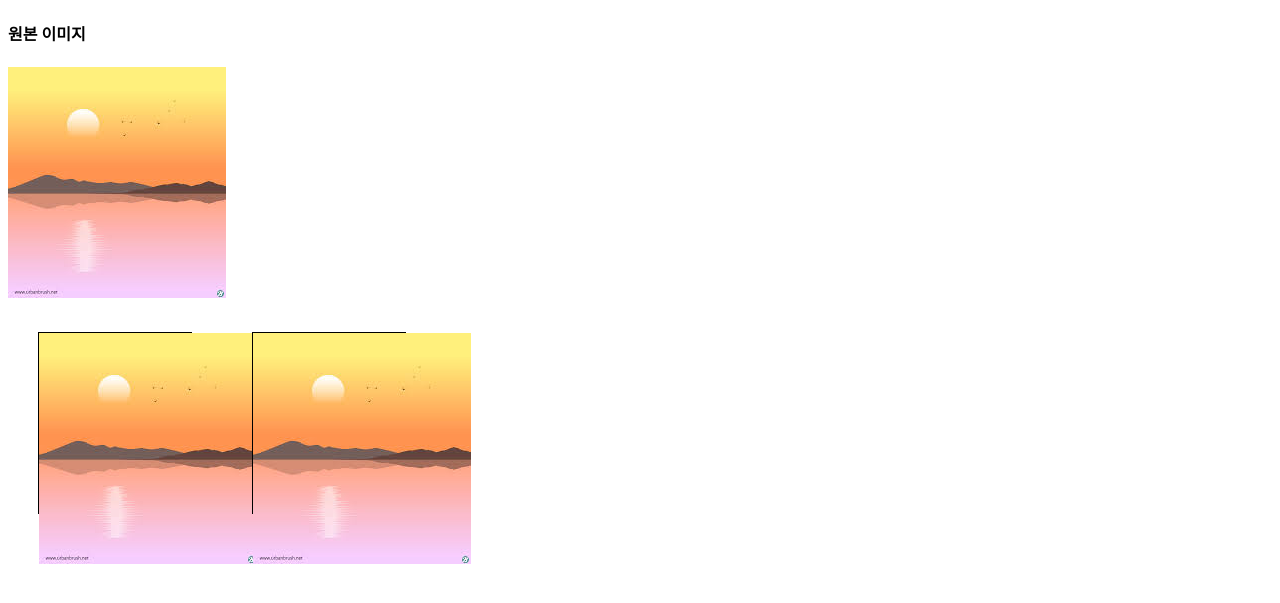
Repository: b1996om/HTML-CSS_study
Page: pro08/public/perspective.html
An editor plug-in stored every save of this project. The page is shown before and after the next save, followed by the edit.
The browser window is 1280 px wide. The pictures show the whole page.

Above is the page before, as saved 2022-12-08 07:07:02.

### pro08/public/perspective.html
<!DOCTYPE html>
<html lang="ko">
<head>
	<meta charset="utf-8">
	<title>Perspective</title>
	<style>
		#no-pers, #pers {
			width:152px;
			height:180px;
			border:1px solid black;
			margin:30px;
			float:left;
		}
		.rotatex img{
			transform:rotateX(50deg);
		}
		#pers {
			perspective:300px;
		}
	</style>
</head>
<body>
	<h4>원본 이미지</h4>
	<div>
		<img src="images/sunset.jpg" alt="선셋">
	</div>
	<div>
		<div id="no-pers">
			<img src="images/sunset.jpg" alt="선셋">
		</div>
	</div>
	<div>
		<div id="pers">
			<img src="images/sunset.jpg" alt="선셋">
		</div>
	</div>
</body>
</html>

After the next save:
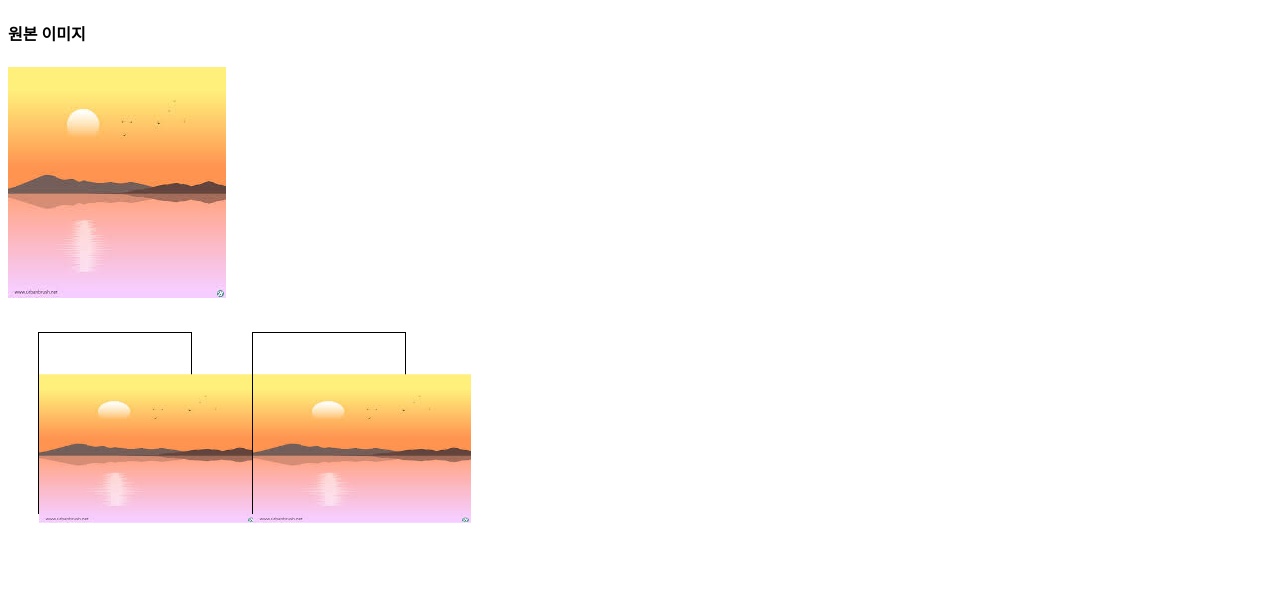
Saved 114 s later.
--- a/pro08/public/perspective.html
+++ b/pro08/public/perspective.html
@@ -24,13 +24,13 @@
 	<div>
 		<img src="images/sunset.jpg" alt="선셋">
 	</div>
-	<div>
-		<div id="no-pers">
+	<div id="no-pers">
+		<div class="rotatex">
 			<img src="images/sunset.jpg" alt="선셋">
 		</div>
 	</div>
-	<div>
-		<div id="pers">
+	<div id="pers">
+		<div class="rotatex">
 			<img src="images/sunset.jpg" alt="선셋">
 		</div>
 	</div>
